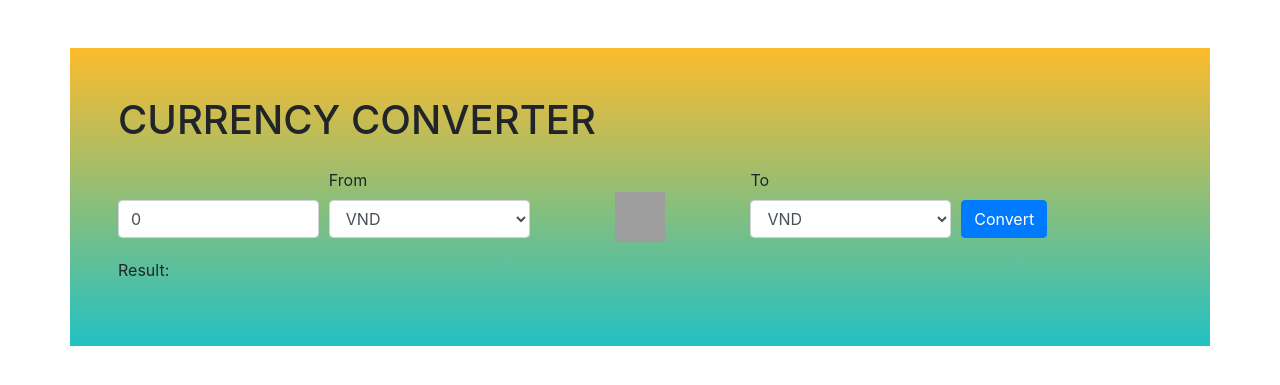
Repository: tts2610/MoneyConverter
Page: index.html
These files come from the project's save history. The page is drawn as it stood at one moment and after the next save; the edit follows.
The browser window is 1280 px wide. The pictures show the whole page.
Pictures or frames that could not be fetched are drawn as grey boxes.

Above is the page before, as saved 2020-05-11 20:57:23.

### index.html
<!DOCTYPE html>
<html lang="en">

<head>
    <meta charset="UTF-8">
    <meta name="viewport" content="width=device-width, initial-scale=1.0">
    <title>Document</title>
    <link rel="stylesheet" href="https://maxcdn.bootstrapcdn.com/bootstrap/4.4.1/css/bootstrap.min.css">

    <!-- jQuery library -->
    <script src="https://ajax.googleapis.com/ajax/libs/jquery/3.4.1/jquery.min.js"></script>

    <!-- Popper JS -->
    <script src="https://cdnjs.cloudflare.com/ajax/libs/popper.js/1.16.0/umd/popper.min.js"></script>

    <!-- Latest compiled JavaScript -->
    <script src="https://maxcdn.bootstrapcdn.com/bootstrap/4.4.1/js/bootstrap.min.js"></script>

</head>

<body>

    <form class="container my-5 px-5 py-5" style="
    background: rgb(34,193,195);
    background: linear-gradient(0deg, rgba(34,193,195,1) 0%, rgba(253,187,45,1) 100%);
">
        <h1 class="mx-auto">CURRENCY CONVERTER</h1>
        <div class="form-row justify-content-md-center">
            <div class="col mt-5">
                <input type="number" class="form-control" placeholder="Amount" id="amount">
            </div>
            <div class="col mt-3">
                <label>From</label>
                <select class="form-control" id="fromCurrency">
            </select>
            </div>
            <div class="col mt-4 py-3" style="display: flex;justify-content: center;" onClick="swap()">
                <img src="https://cdn3.iconfinder.com/data/icons/basic-interface/100/update-512.png" width="50px" height="50px">
            </div>
            <div class="col mt-3">
                <label>To</label>
                <select class="form-control" id="toCurrency">
            </select>

            </div>
            <div class="col mt-5">
                <button type="button" class="btn btn-primary mb-2" onClick="submitAmount()">Convert</button>
            </div>
        </div>
        <p id="result">Result:</p>
    </form>
    <script src="js/script.js"></script>
    <script>
    </script>
</body>

</html>

### js/script.js
/*dic = {
    fromCurrency:{
        toCurrency:[currencyRatio,locale,currencySymbol],
        toCurrency:[currencyRatio,locale,currencySymbol],
        toCurrency:[currencyRatio,locale,currencySymbol],
        .....
    },
    fromCurrency:
        .....
}*/
let dic = {
    "vnd": { "usd": [1 / 23206, "en", "USD"], "jpy": [1 / 216.703, "ja-JP", "JPY"], "krw": [1 / 18.9136, "krw", "KRW"], "idr": [1 / 1.55505, "idr", "idr"], "eur": [1 / 25111, "de-DE", "EUR"], "vnd": [1, "vi", "VND"] },
    "usd": { "vnd": [23206, "vi", "VND"], "jpy": [107.297, "ja-JP", "JPY"], "krw": [1223.80, "krw", "KRW"], "idr": [14904, "idr", "idr"], "eur": [1 / 1.08207, "de-DE", "EUR"], "usd": [1, "en", "USD"] },
    "jpy": { "vnd": [216.703, "vi", "VND"], "usd": [1 / 107.297, "en", "USD"], "krw": [11.4099, "krw", "KRW"], "idr": [138.937, "idr", "idr"], "eur": [1 / 116.054, "de-DE", "EUR"], "jpy": [1, "ja-JP", "JPY"] },
    "krw": { "vnd": [18.9136, "vi", "VND"], "usd": [1 / 1224.06, "en", "USD"], "jpy": [1 / 11.4096, "ja-JP", "JPY"], "idr": [12.1833, "idr", "idr"], "eur": [1 / 1323.75, "de-DE", "EUR"], "krw": [1, "krw", "KRW"] },
    "idr": { "vnd": [1.55505, "vi", "VND"], "usd": [1 / 14910, "en", "USD"], "jpy": [1 / 138.985, "ja-JP", "JPY"], "krw": [1 / 12.1818, "krw", "KRW"], "eur": [1 / 16134.84, "de-DE", "EUR"], "idr": [1, "idr", "idr"] },
    "eur": { "vnd": [25081, "vi", "VND"], "usd": [1.08207, "en", "USD"], "jpy": [116.054, "ja-JP", "JPY"], "idr": [16129, "idr", "idr"], "krw": [1323.75, "krw", "KRW"], "eur": [1, "de-DE", "EUR"] },
}
let isValid = false;
let from = null;
let to = null;
let amount = 0;
var fromCurrency = null;
var toCurrency = null;
$(document).ready(function() {
    fromCurrency = document.getElementById("fromCurrency");
    toCurrency = document.getElementById("toCurrency");
    document.getElementById("amount").value = 0;
    let selectList = Object.keys(dic);
    selectList.forEach(element => {
        var option = document.createElement("option");
        option.text = element.toUpperCase();
        fromCurrency.add(option);
    })
    selectList.forEach(element => {
        var option = document.createElement("option");
        option.text = element.toUpperCase();
        toCurrency.add(option);
    })

});

function swap() {
    var x = fromCurrency.value;
    fromCurrency.value = toCurrency.value;
    toCurrency.value = x;
}

function submitAmount() {
    amount = document.getElementById("amount").value;
    from = fromCurrency.value.toLowerCase();
    to = toCurrency.value.toLowerCase();
    document.getElementById("result").innerText = "Result: " + convert(from, to);
    document.getElementById("result").style.color = "red"
}

// conversion
function convert(from, to) {
    let currencyRatio = dic[from][to][0];
    let locale = dic[from][to][1];
    let currency = dic[from][to][2];
    let res = (amount * currencyRatio);
    return new Intl.NumberFormat(locale, { style: 'currency', currency: currency, maximumSignificantDigits: 3 }).format(res);
}

After the next save:
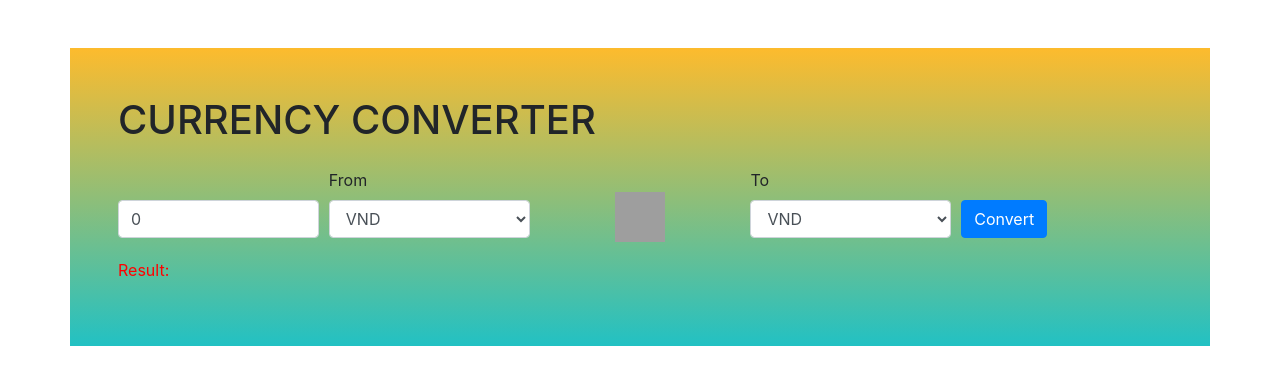
Saved 15 s later.
--- a/index.html
+++ b/index.html
@@ -47,7 +47,7 @@
                 <button type="button" class="btn btn-primary mb-2" onClick="submitAmount()">Convert</button>
             </div>
         </div>
-        <p id="result">Result:</p>
+        <p id="result" style="color: red;">Result:</p>
     </form>
     <script src="js/script.js"></script>
     <script>
